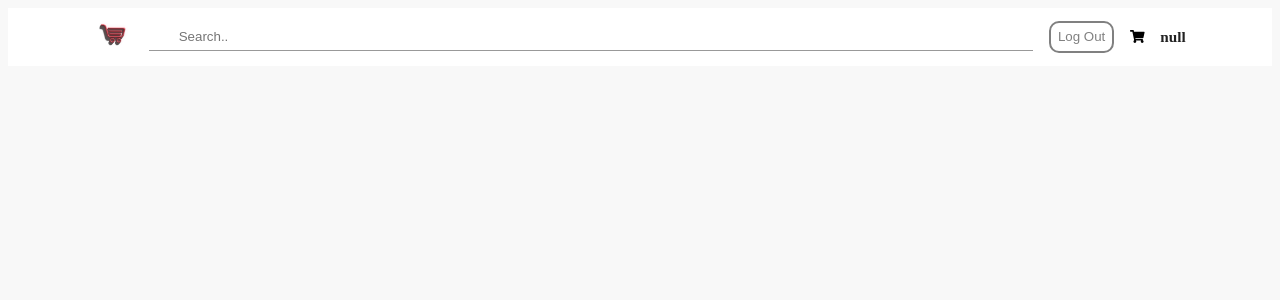
Repository: PhuongHuynh9987/Shopaholic-Ecommerce
Page: http://localhost/Shopaholic/UserServlet
An editor plug-in stored every save of this project. The page is shown before and after the next save, followed by the edit.
The browser window is 1280 px wide. The pictures show the whole page.
The page is served by Tomcat 9. Other server files are loaded and not shown. Queries for data that is not in the repository find no rows.

Above is the page before, as saved 2024-01-25 00:13:51.

### Shopaholic/src/main/webapp/WEB-INF/views/userhomepage.jsp
<%@ page language="java" contentType="text/html; charset=ISO-8859-1"
	pageEncoding="ISO-8859-1"%>
<!DOCTYPE html>
<html>
<%@page import="java.sql.*"%>
<%@ page import="java.util.*"%>
<%@ page import="shopaholicjava.*"%>

<head>
<meta charset="UTF-8">
<!-- Favicon -->
<link rel = "icon" type = "image/x-icon" href = "asset/favicon.ico"/>
<!-- Font Awesome icons (free version) -->
<script src="https://use.fontawesome.com/releases/v5.15.4/js/all.js" crossorigin = "anonymous"></script>
<!--Google fonts  -->
<link href = "https://fonts.googleapis.com/css?family=Montserrat:400,700" rel="stylesheet" type = text/css />
<!-- Core theme CSS (bootstrap) -->
<link href = "style.css" rel="stylesheet"/>
<meta charset="ISO-8859-1">
<title>User Home Page</title>
</head>
<body>
	<div class='body'>
		<div class='navbar'>
			<div class='logo'>
				<img src="images/logo.png" alt="logo">
			</div>
			<div class='searchbar'>
				<input type="text" placeholder="Search..">
			</div>

			<div class='signin'>
				<a href="LogoutServlet"><button>Log Out</button></a>
			</div>

			<div class='cart'>
 		<%-- 	<form action="AddToCartServlet" method="post">
			<%	String CID = (String) request.getSession().getAttribute("CID");

			%>
				<input type="hidden" name="action" value=<%=CID%>> --%>
				<a href = "cart.jsp" type="submit" ><i class="fas fa-shopping-cart"></i></a>
 	<!-- 		</form>	 -->
			</div>
			<h3><%=session.getAttribute("UserName")%></h3>

		</div>

		<div class = 'product-area'>
			<%ArrayList<Product> products = (ArrayList<Product>) request.getAttribute("productdata");
			  Iterator<Product> items = products.iterator();

			  while (items.hasNext()){
				  Product item = items.next();
			%>
				<div class='product'>
					<div class = product-top>
						<img alt="" src= "<%=item.getImg()%>" >
						 <h4><%=item.getProductName()%></h4>
					</div>

					<div class = product-bottom>
						<div>
							<form action="AddToCartServlet" method="post">
								<input type="hidden" name="AddToCart" value= "AddToCart">
								<button type="submit" name="add" value = <%=item.getPID()%> >Add to Cart</button>
							</form>
							<%--
							 <form action="" method="post">
							 	<input type="hidden" name="action" value=<%=item.getPID()%>>
								<button type="submit">View</button>
							</form>  --%>

						</div>
						 <h3>$<%=item.getPrice()%></h3>
					</div>
				</div>
			<%}%>
			</div>


		<%-- <div align=center>
			<h1>Welcome, <%=request.getAttribute("UserName")%> to Shopaholic Home Page!</h1>
			<h2>Products Available</h2>
			<table border="1" width="500" align="center">
				<th>Product ID</th>
				<th>Product Name</th>
				<th>ProductType</th>
				<th>Price</th>
				<th>Add</th>

				<%
			ArrayList<Product> products = (ArrayList<Product>) request.getAttribute("productdata");
				for (Product p: products) {
			%>
				<tr>
					<td><%=p.getPID()%></td>
					<td><%=p.getProductName()%></td>
					<td><%=p.getProductType()%></td>
					<td>$<%=p.getPrice()%></td>
					<td><a
						href="AddToCartServlet?pid=<%=p.getPID()%>&productname=<%=p.getProductName()%>&price=<%=p.getPrice()%>">Add</a></td>

				</tr>
				<%
			}%>
			</table>
			<h3>
				<a href="ReviewServlet">Go to Reviews</a>
			</h3>
			<h3>
				<a href="EditCartServlet">Go to Cart</a>
			</h3>
		</div> --%>

	</div>
</body>
</html>

### Shopaholic/src/main/java/servlets/UserServlet.java
package servlets;
import shopaholicjava.*;

import java.io.IOException;
import java.sql.Blob;
import java.sql.Connection;
import java.sql.DriverManager;
import java.sql.PreparedStatement;
import java.sql.ResultSet;
import java.sql.SQLException;
import java.sql.Statement;
import java.util.ArrayList;
import java.util.Base64;

import javax.servlet.RequestDispatcher;
import javax.servlet.ServletException;
import javax.servlet.http.HttpServlet;
import javax.servlet.http.HttpServletRequest;
import javax.servlet.http.HttpServletResponse;
import javax.servlet.http.Part;

/**
 * Servlet implementation class UserServlet
 */
public class UserServlet extends HttpServlet {
	private static final long serialVersionUID = 1L;

    /**
     * @see HttpServlet#HttpServlet()
     */
    public UserServlet() {
        super();
    }

	/**
	 * @see HttpServlet#doPost(HttpServletRequest request, HttpServletResponse response)
	 */
	protected void doGet(HttpServletRequest request, HttpServletResponse response) throws ServletException, IOException {
		viewAllProduct(request, response);
	}

	protected void doPost(HttpServletRequest request, HttpServletResponse response) throws ServletException, IOException {
		String action = request.getParameter("action");


		if(action.equals("addReview")) {
			addReview(request,response);
		}
		else if(action.equals("review")) {
			addingReview(request,response);
		}

		else {
			viewAproduct(request,response);
		}
	}

	private void addingReview(HttpServletRequest request, HttpServletResponse response) throws ServletException, IOException {
		String PID = request.getParameter("PID");
		String description = request.getParameter("description");
		String UserName = (String) request.getAttribute("UserName");
		String ProductName = (String) request.getAttribute("ProductName");

		String query = "Insert Into Reviews "
				+ "(PID,Author,ProductName, ReviewDescription) values (?,?,?,?)";

		try (Connection con = DatabaseConnection.getConnection();
				PreparedStatement insert = con.prepareStatement(query);
				PreparedStatement getReviewId =
						con.prepareStatement("Select RID WHERE (PID = ? AND Author = ? AND ProductName = ? AND ReviewDescription = ?); ");){

				insert.setString(1, PID);
				insert.setString(2, UserName);
				insert.setString(3, ProductName);
				insert.setString(4, description);

				insert.executeUpdate();

				ResultSet rs = null;
				Review review = new Review();

				getReviewId.setString(1, PID);
				getReviewId.setString(2, UserName);
				getReviewId.setString(3, ProductName);
				getReviewId.setString(4, description);

				rs = getReviewId.executeQuery();


				while(rs.next()) {
					String RID = rs.getString("RID");
					rs.setRID(RID);


				}

//				request.setAttribute("RID",PID);
//				request.setAttribute("ProductName",product.getProductName());
//				request.setAttribute("ProductType", product.getProductType());
//				request.setAttribute("price", product.getPrice());
//				request.setAttribute("Img", product.getImg());
//				request.setAttribute("product", product);


				RequestDispatcher rd = request.getRequestDispatcher("/WEB-INF/views/review.jsp");
			    rd.forward(request, response);

		}catch (SQLException e) {
			e.printStackTrace();
		}
	}

	private void addReview(HttpServletRequest request, HttpServletResponse response) throws ServletException, IOException {
		String PID = request.getParameter("PID");

		try (Connection con = DatabaseConnection.getConnection();
			PreparedStatement s = con.prepareStatement("SELECT * FROM Products where PID = ?");){

			s.setString(1, PID);
			ResultSet resultSet = s.executeQuery();
			Product product = new Product();

			while(resultSet.next()) {

				String ProductName = resultSet.getString("ProductName");
				String price = resultSet.getString("Price");
				Float Price = Float.valueOf(price);
				String ProductType = resultSet.getString("ProductType");
				String Img = resultSet.getString("Img");

				product.setPID(PID);
				product.setProductName(ProductName);
				product.setProductType(ProductType);
				product.setPrice(Price);
				product.setImg(Img);

			}

			request.setAttribute("PID",PID);
			request.setAttribute("ProductName",product.getProductName());
			request.setAttribute("ProductType", product.getProductType());
			request.setAttribute("price", product.getPrice());
			request.setAttribute("Img", product.getImg());
			request.setAttribute("product", product);


			RequestDispatcher rd = request.getRequestDispatcher("/WEB-INF/views/review.jsp");
		    rd.forward(request, response);

//		String RID = request.getParameter("RID");
//      	String PID = request.getParameter("PID");
//      	String Author = request.getParameter("Author");
//        String ProductName = request.getParameter("ProductName");
//        String Description = request.getParameter("Description");
//        String Star = request.getParameter("Star");
//
//        try (Connection con = DatabaseConnection.getConnection();) {
//            // Insert the new product into the Products table
//            String insertQuery = "INSERT INTO Reviews (RID, PID, Author, ProductName, ReviewDescription, Stars) VALUES (?, ?, ?, ?, ?, ?)";
//            try (PreparedStatement insertStatement = con.prepareStatement(insertQuery)) {
//            	insertStatement.setString(1, RID);
//                insertStatement.setString(2, PID);
//                insertStatement.setString(3, Author);
//                insertStatement.setString(4, ProductName);
//                insertStatement.setString(5, Description);
//                insertStatement.setString(6, Star);
//                insertStatement.executeUpdate();
//
//                // Get the auto-generated product ID
////                ResultSet generatedKeys = insertStatement.getGeneratedKeys();
////                int productId = -1;
////                if (generatedKeys.next()) {
////                    productId = generatedKeys.getInt(1);
////                }
//            }
//            catch (SQLException e) {
//            	RequestDispatcher dispatcher = request.getRequestDispatcher("/WEB-INF/views/addreviewerror.jsp");
//    			dispatcher.forward(request, response);
//            }
//
//		response.sendRedirect("ReviewServlet");
//        }
//        catch (SQLException e) {
//        	RequestDispatcher dispatcher = request.getRequestDispatcher("/WEB-INF/views/addreviewerror.jsp");
//			dispatcher.forward(request, response);
//        }

		}catch (SQLException e) {
			e.printStackTrace();
		}
	}

	private void viewAproduct(HttpServletRequest request, HttpServletResponse response) throws ServletException, IOException {
		String PID = request.getParameter("action");

		try (Connection con = DatabaseConnection.getConnection();
				PreparedStatement s = con.prepareStatement("SELECT * FROM Products where PID = ?");){

			s.setString(1, PID);
			ResultSet resultSet = s.executeQuery();
			Product product = new Product();

			while(resultSet.next()) {

				String ProductName = resultSet.getString("ProductName");
				String price = resultSet.getString("Price");
				Float Price = Float.valueOf(price);
				String ProductType = resultSet.getString("ProductType");
				String Img = resultSet.getString("Img");

				product.setPID(PID);
				product.setProductName(ProductName);
				product.setProductType(ProductType);
				product.setPrice(Price);
				product.setImg(Img);

			}

			request.setAttribute("PID",PID);
			request.setAttribute("ProductName",product.getProductName());
			request.setAttribute("ProductType", product.getProductType());
			request.setAttribute("price", product.getPrice());
			request.setAttribute("Img", product.getImg());
			request.setAttribute("product", product);


			RequestDispatcher rd = request.getRequestDispatcher("/WEB-INF/views/viewproductinfo.jsp");
		    rd.forward(request, response);

		}
		catch (SQLException e) {
			e.printStackTrace();
		}
	}

	private void viewAllProduct(HttpServletRequest request, HttpServletResponse response) throws ServletException, IOException {
		String UID = (String) request.getSession().getAttribute("UID");
		String UserName = (String) request.getSession().getAttribute("UserName");
		String CID = (String) request.getSession().getAttribute("CID");

		try {
			ArrayList<Product> products = new ArrayList<Product>();
			try (Connection con = DatabaseConnection.getConnection();
					Statement s = con.createStatement();
					ResultSet resultSet = s.executeQuery("SELECT * FROM Products");){

				if(resultSet.equals(null)) {
					System.out.println("resultSet is null");
				}

				while(resultSet.next()) {
					Product product = new Product();
					String PID = resultSet.getString("PID");
					String ProductName = resultSet.getString("ProductName");
					String price = resultSet.getString("Price");
					Float Price = Float.valueOf(price);
					String ProductType = resultSet.getString("ProductType");
					String Img = resultSet.getString("Img");

					product.setPID(PID);
					product.setProductName(ProductName);
					product.setProductType(ProductType);
					product.setPrice(Price);
					product.setImg(Img);
					products.add(product);

				}

				request.setAttribute("UID", UID);
				request.setAttribute("UserName", UserName);
				request.setAttribute("CID", CID);
				request.setAttribute("productdata", products);

				RequestDispatcher rd = request.getRequestDispatcher("/WEB-INF/views/userhomepage.jsp");
				rd.forward(request, response);
			}
		}
		catch (SQLException e) {
			e.printStackTrace();
		}

	}


}

### Shopaholic/src/main/java/shopaholicjava/DatabaseConnection.java
package shopaholicjava;

import java.sql.Connection;
import java.sql.DriverManager;
import java.sql.SQLException;

public class DatabaseConnection {

    private static final String DB_URL = "jdbc:mysql://localhost:3306/shopaholic";
    private static final String DB_USERNAME = "root";
    private static final String DB_PASSWORD = "";

    private static Connection connection;

    /**
     * Establishes a database connection.
     *
     * @return The Connection object representing the database connection.
     * @throws SQLException If a database access error occurs.
     */
    public static Connection getConnection() throws SQLException {
        if (connection == null || connection.isClosed()) {
            try {
                // Load the MySQL JDBC driver
                Class.forName("com.mysql.cj.jdbc.Driver");
                // Create a new connection using the DriverManager
                connection = DriverManager.getConnection(DB_URL, DB_USERNAME, DB_PASSWORD);
            } catch (ClassNotFoundException e) {
                e.printStackTrace();
            }
        }
        return connection;
    }

    /**
     * Closes the database connection.
     *
     * @throws SQLException If a database access error occurs.
     */
    public static void closeConnection() throws SQLException {
        if (connection != null && !connection.isClosed()) {
            connection.close();
        }
    }
}

### Shopaholic/src/main/webapp/style.css
@charset "UTF-8";

/* input, select, textarea {
  outline: none;
  appearance: unset !important;
  -moz-appearance: unset !important;
  -webkit-appearance: unset !important;
  -o-appearance: unset !important;
  -ms-appearance: unset !important; } */


 /* Global */
html {
	box-sizing: border-box;
	margin: 0;
	padding:0;
	width:100%;
}

a{
  color : black;
}


button {
   padding: 0.4rem;
   border: 2px solid grey;
   background: #fff;
   color: grey;
   border-radius: 10px;
  }

figure {
  margin-bottom: 50px;
  text-align: center; }

img {
  max-width: 100%;
  height: auto; }


.main {
  padding: 50px 0;
}

body {
  font-size: 13px;
  line-height: 1.8;
  color: #222;
  background: #f8f8f8;
  font-weight: 400;
  font-family: Poppins;
  }

 input, select, textarea {
  	outline: none;
  }




  /* Nav Bar */
 .navbar {
  display: flex;
  background: #fff;
  gap: 1rem;
  justify-content: center;
  align-items: center;
  width:100%;
 }

 .logo img {
 	width: 2.4rem;
 	margin:0;
 	padding:0;
 }

 .logo {
  overflow: fit-content;
 }

 .searchbar {
  width: 70%;
 }



  /* Body for sign up and log in*/
 .container {
 	width: 900px;
 	background: #fff;
 	margin: 0 auto;
 }

 .signin-content, .signup-content {
  display: flex;
  display: -webkit-flex;
  padding-top: 67px;
  padding-bottom: 87px;
 }

.signin-image, .signup-image {
	width: 50%;
	overflow:hidden;
  	margin-top: 10px;
}

.signin-form {
  margin-right: 15rem;
  }

.signup-form {
   margin-left: 10rem;
 }

 #signin {
  margin-top: 16px;
 }

 .signin-image-link,
 .signup-image-link {
  font-size: 14px;
  color: #222;
  display: block;
  text-align: center;
 }

/* label {
  position: absolute;
  left: 0;
  top: 50%;
  color: #222;
 }  */


 input {
  width: 100%;
  display: block;
  border: none;
  border-bottom: 1px solid #999;
  padding: 6px 30px;
  box-sizing: border-box;
}

.form-button {
  text-align: center; }


.form-submit {
  display: inline-block;
  background: #6dabe4;
  color: #fff;
  border-bottom: none;
  width: auto;
  padding: 5px 39px;
  border-radius: 5px;
  -moz-border-radius: 5px;
  -webkit-border-radius: 5px;
  -o-border-radius: 5px;
  -ms-border-radius: 5px;
  margin-top: 25px;
  cursor: pointer; }

.form-submit:hover {
   background: #4292dc; }



  /* User home page */

  .product-area {
   display: grid;
  	grid-template-columns: 1.5fr 1.5fr 1.5fr;
  	margin:4rem;
  	gap: 2rem;
  }

  .product {
  	box-shadow: 0 0.1px  1px  0.03px grey;
  	padding: 10px;
  	text-align: center;
  }

  .product img {
  	 width: 1.5fr;
  	/* width: 12rem; */
  	height: 10rem;
  	overflow: hidden;
  }

  .product-bottom {
  	display:flex;
  	justify-content: center;
  	align-items: center;
  	justify-content:space-between;

  }

  /* Merchants */
.body {
  display: flex;
  flex-direction: column;
  justify-content: center;
  align-items:center;
  width: auto;
  }

After the next save:
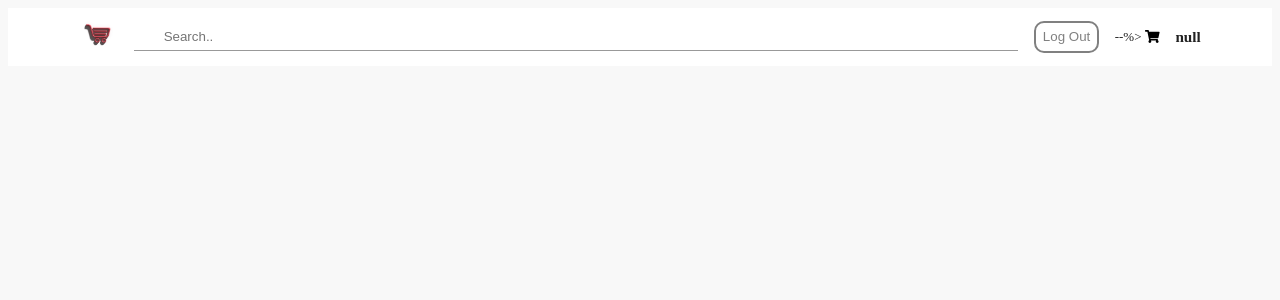
Saved 33 s later.
--- a/Shopaholic/src/main/webapp/WEB-INF/views/userhomepage.jsp
+++ b/Shopaholic/src/main/webapp/WEB-INF/views/userhomepage.jsp
@@ -34,13 +34,13 @@
 			</div>
 
 			<div class='cart'>
- 		<%-- 	<form action="AddToCartServlet" method="post">
+ 			<form action="AddToCartServlet" method="post">
 			<%	String CID = (String) request.getSession().getAttribute("CID");
 
 			%>
 				<input type="hidden" name="action" value=<%=CID%>> --%>
 				<a href = "cart.jsp" type="submit" ><i class="fas fa-shopping-cart"></i></a>
- 	<!-- 		</form>	 -->
+			</form>
 			</div>
 			<h3><%=session.getAttribute("UserName")%></h3>
 
